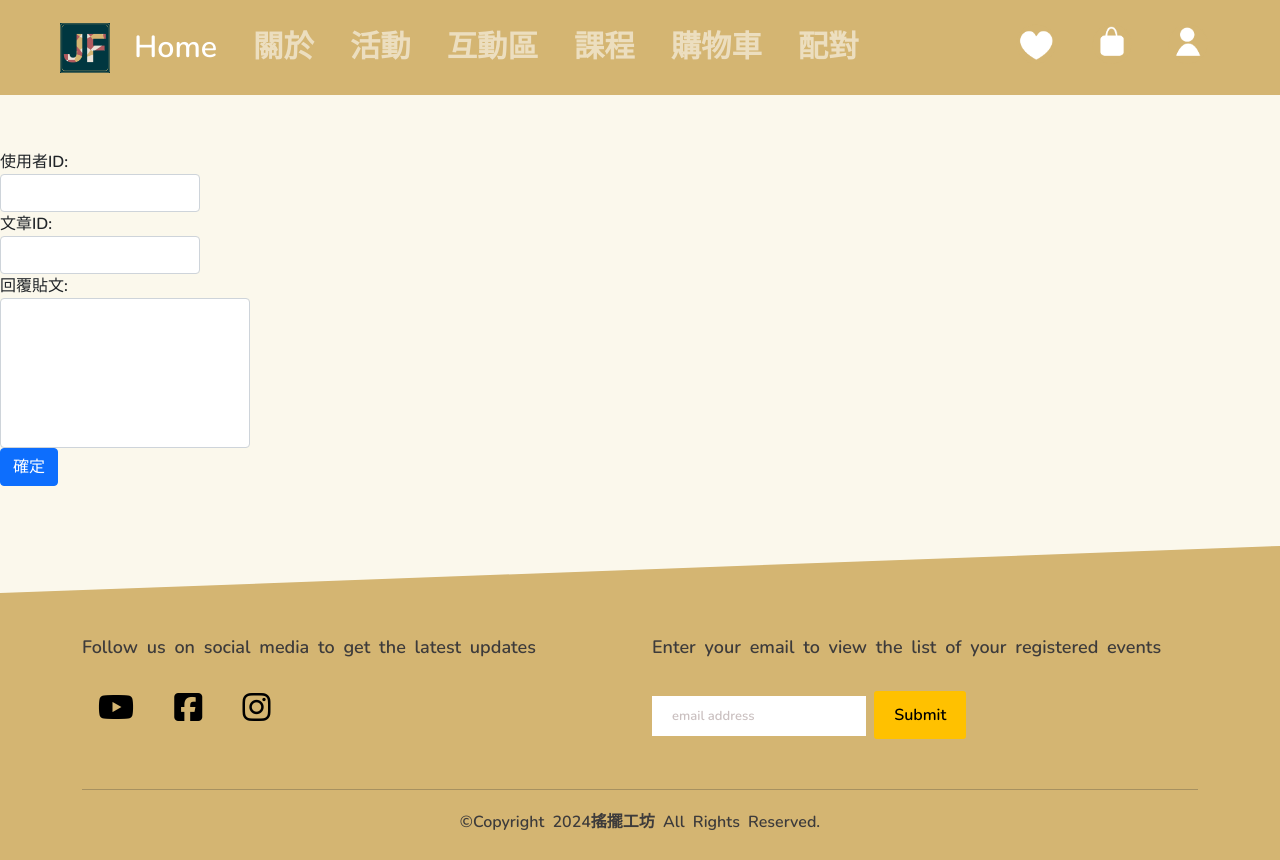
Repository: mmmooonnn0211/project
Page: workspace/demoSpringBoot-1/src/main/resources/static/html/ReplyInsertFront.html
The author's editor kept a copy of each file at every save. The page is drawn from the files as they stood at one save, then again after the next save.
The browser window is 1280 px wide. The pictures show the whole page.
Some web libraries are served in a nearby version.

Above is the page before, as saved 2024-05-07 14:01:02.

After the next save:
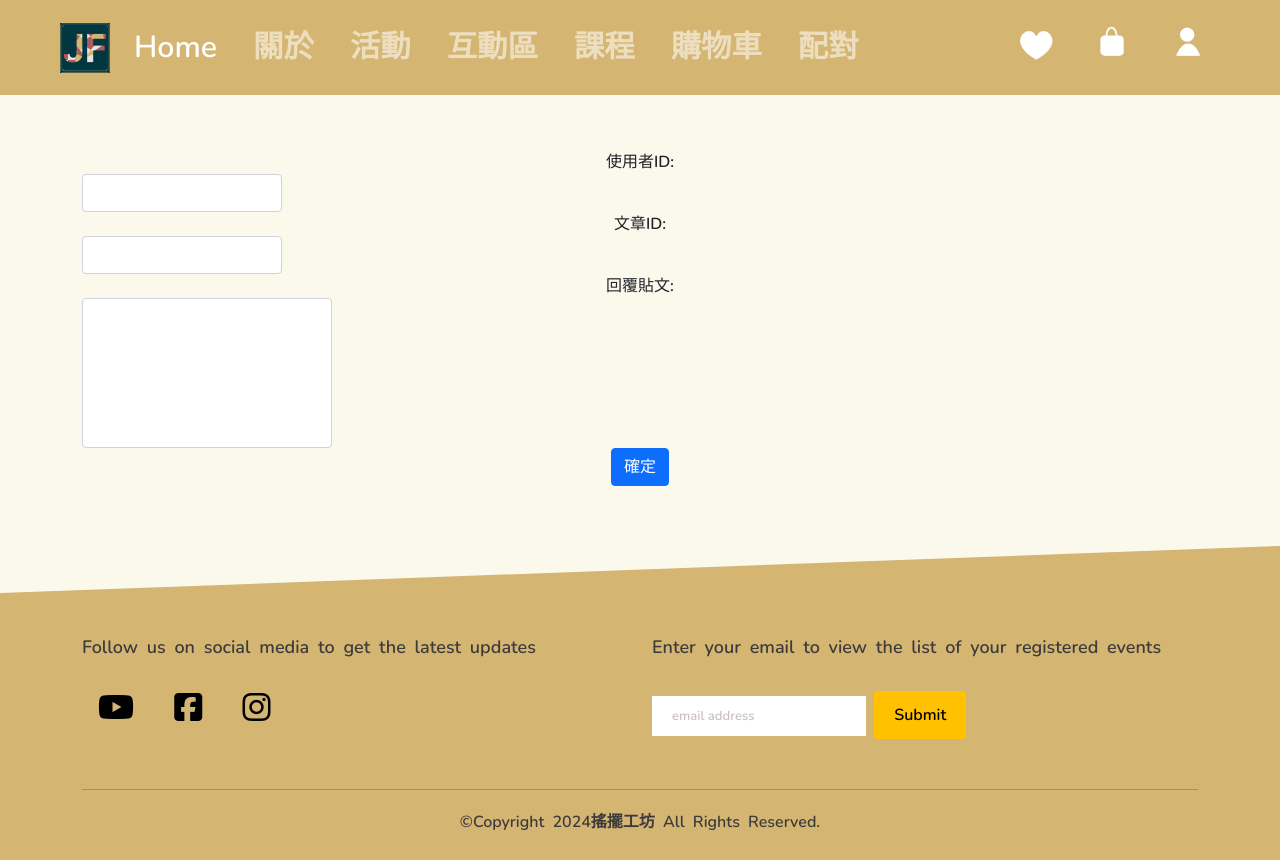
Saved 5 min 8 s later.
--- a/workspace/demoSpringBoot-1/src/main/resources/static/html/ReplyInsertFront.html
+++ b/workspace/demoSpringBoot-1/src/main/resources/static/html/ReplyInsertFront.html
@@ -39,8 +39,8 @@
 
 	</div>
 	<!-- <section> -->
-	<div class="main" container text-center>
-		<div>
+	<div class="main">
+		<div class="container text-center">
 			<form method="post" action="/ReplyinsertFront.controller" onsubmit="return validateForm();">
 
 				<div class="form-group">
